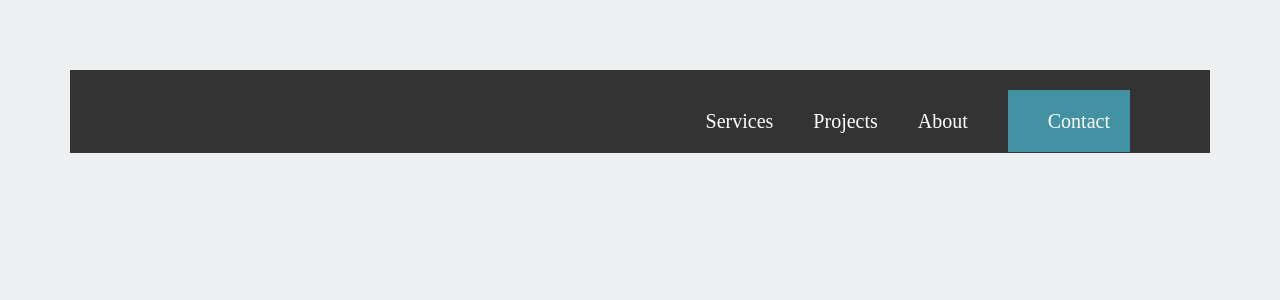
Repository: arifshahriyarnader/css-flexbox
Page: Exercise 1/index.html
These files come from the project's save history. The page is drawn as it stood at one moment and after a run of saves; the edit follows.
The browser window is 1280 px wide. The pictures show the whole page.

Above is the page before, as saved 2024-06-15 16:02:01.

After the next 2 saves:
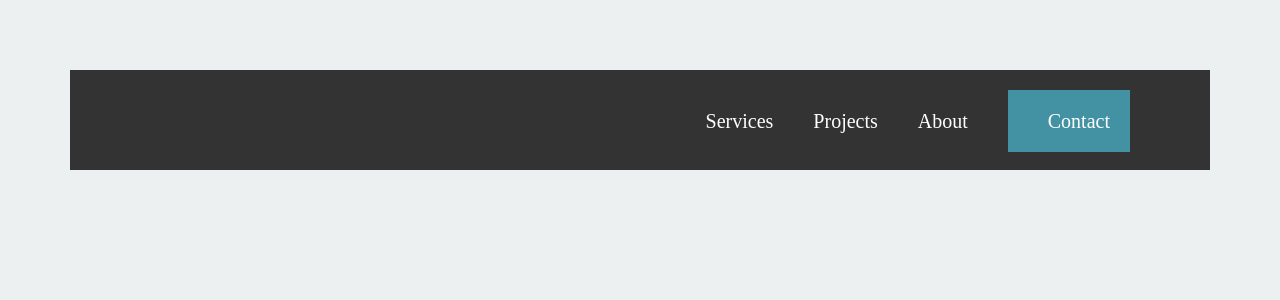
The 2 saves are shown as one change because they came seconds apart.
The last was saved 33 s later.
--- a/Exercise 1/css/style.css
+++ b/Exercise 1/css/style.css
@@ -14,7 +14,7 @@ body{
 }
 .menubar_sec{
     background-color:#333333;
-    min-height: 50px;
+    min-height: 100px;
     margin: 70px;
     display:flex;
     justify-content: flex-end;
